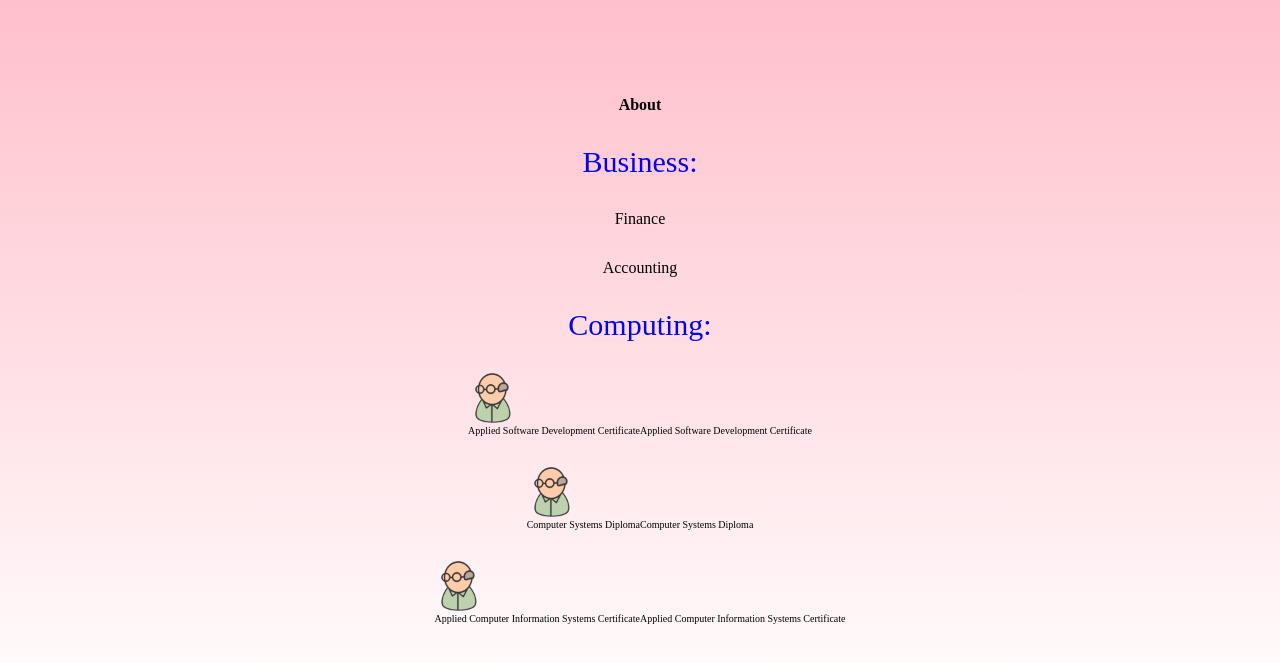
Repository: anoncoderin/madhu-assignment3
Page: /
An editor plug-in stored every save of this project. The page is shown before and after the next save, followed by the edit.
The browser window is 1280 px wide. The pictures show the whole page.
The project was rebuilt for these pictures with package versions that can differ from the ones it lists, and the page was loaded fresh each time. The framework's server and built-in components were replaced by stand-ins that run in the browser. Also part of the build but not shown: next.config.js.

Above is the page before, as saved 2023-01-21 11:08:39.

### pages/index.js
import Head from 'next/head'
import Image from 'next/image'
import { Inter } from '@next/font/google'
import styles from '@/styles/Home.module.css'
import { useState } from 'react'
import data from '../data/education.json'
import Link from 'next/link'
import Card from '../components/Card'

export default function Home() {
  console.log(data);
  const [information, setInformation] = useState([...data])
  return (
    <>
      <Head>

      </Head>
      <main className={styles.main}>

        <p>
          <Link href="about"><b>About</b></Link>
        </p>

      <div className={styles.heading}>Business:</div>
      {
        information && information.map((info, index)=>{
          if(info.department === "Business"){
            return(
              <div key={index}> {info.degree}</div>
            )
          }
        })
      }
      <div className={styles.heading}>Computing:</div>
      {
        information && information.map((info, index)=>{
          if(info.department === "Computing"){
            return(
              <Card key={index} degree={info.degree}></Card>
            )
          }
        })
      }

      </main>
    </>
  )
}

### styles/globals.css
:root {
  --max-width: 1100px;
  --border-radius: 12px;
  --font-mono: ui-monospace, Menlo, Monaco, 'Cascadia Mono', 'Segoe UI Mono',
    'Roboto Mono', 'Oxygen Mono', 'Ubuntu Monospace', 'Source Code Pro',
    'Fira Mono', 'Droid Sans Mono', 'Courier New', monospace;

  --foreground-rgb: 0, 0, 0;
  --background-start-rgb: 255, 192, 203;
  --background-end-rgb: 255, 255, 255;

  --primary-glow: conic-gradient(
    from 180deg at 50% 50%,
    hsla(78, 61%, 87%, 0.2) 0deg,
    #0885ff33 55deg,
    #54d6ff33 120deg,
    #0071ff33 160deg,
    transparent 360deg
  );
  --secondary-glow: radial-gradient(
    rgba(255, 255, 255, 1),
    rgba(255, 255, 255, 0)
  );

  --tile-start-rgb: 239, 245, 249;
  --tile-end-rgb: 228, 232, 233;
  --tile-border: conic-gradient(
    #00000080,
    #00000040,
    #00000030,
    #00000020,
    #00000010,
    #00000010,
    #00000080
  );

  --callout-rgb: 238, 240, 241;
  --callout-border-rgb: 172, 175, 176;
  --card-rgb: 180, 185, 188;
  --card-border-rgb: 131, 134, 135;
}

@media (prefers-color-scheme: dark) {
  :root {
    --foreground-rgb: 255, 255, 255;
    --background-start-rgb: 0, 0, 0;
    --background-end-rgb: 0, 0, 0;

    --primary-glow: radial-gradient(rgba(1, 65, 255, 0.4), rgba(1, 65, 255, 0));
    --secondary-glow: linear-gradient(
      to bottom right,
      rgba(1, 65, 255, 0),
      rgba(1, 65, 255, 0),
      rgba(1, 65, 255, 0.3)
    );

    --tile-start-rgb: 2, 13, 46;
    --tile-end-rgb: 2, 5, 19;
    --tile-border: conic-gradient(
      #ffffff80,
      #ffffff40,
      #ffffff30,
      #ffffff20,
      #ffffff10,
      #ffffff10,
      #ffffff80
    );

    --callout-rgb: 20, 20, 20;
    --callout-border-rgb: 108, 108, 108;
    --card-rgb: 100, 100, 100;
    --card-border-rgb: 200, 200, 200;
  }
}

* {
  box-sizing: border-box;
  padding: 0;
  margin: 0;
}

html,
body {
  max-width: 100vw;
  overflow-x: hidden;
}

body {
  color: rgb(var(--foreground-rgb));
  background: linear-gradient(
      to bottom,
      transparent,
      rgb(var(--background-end-rgb))
    )
    rgb(var(--background-start-rgb));
}

a {
  color: inherit;
  text-decoration: none;
}

@media (prefers-color-scheme: dark) {
  html {
    color-scheme: dark;
  }
}

### styles/Home.module.css
.main {
  display: flex;
  flex-direction: column;
  justify-content: space-between;
  align-items: center;
  padding: 6rem;
  min-height: 100vh;
}

.heading{
  color: blue;
  font-size: 30px;
}

.degree{
  display: flex;
  flex-direction: column;

  gap: 5px;
}

.description {
  display: inherit;
  justify-content: inherit;
  align-items: inherit;
  font-size: 0.85rem;
  max-width: var(--max-width);
  width: 100%;
  z-index: 2;
  font-family: var(--font-mono);
}

.description a {
  display: flex;
  justify-content: center;
  align-items: center;
  gap: 0.5rem;
}

.description p {
  position: relative;
  margin: 0;
  padding: 1rem;
  background-color: rgba(var(--callout-rgb), 0.5);
  border: 1px solid rgba(var(--callout-border-rgb), 0.3);
  border-radius: var(--border-radius);
}

.code {
  font-weight: 700;
  font-family: var(--font-mono);
}

.grid {
  display: grid;
  grid-template-columns: repeat(4, minmax(25%, auto));
  width: var(--max-width);
  max-width: 100%;
}

.card {
  padding: 1rem 1.2rem;
  border-radius: var(--border-radius);
  background: rgba(var(--card-rgb), 0);
  border: 1px solid rgba(var(--card-border-rgb), 0);
  transition: background 200ms, border 200ms;
}

.card span {
  display: inline-block;
  transition: transform 200ms;
}

.card h2 {
  font-weight: 600;
  margin-bottom: 0.7rem;
}

.card p {
  margin: 0;
  opacity: 0.6;
  font-size: 0.9rem;
  line-height: 1.5;
  max-width: 30ch;
}

.center {
  display: flex;
  justify-content: center;
  align-items: center;
  position: relative;
  padding: 4rem 0;
}

.center::before {
  background: var(--secondary-glow);
  border-radius: 50%;
  width: 480px;
  height: 360px;
  margin-left: -400px;
}

.center::after {
  background: var(--primary-glow);
  width: 240px;
  height: 180px;
  z-index: -1;
}

.center::before,
.center::after {
  content: '';
  left: 50%;
  position: absolute;
  filter: blur(45px);
  transform: translateZ(0);
}

.logo,
.thirteen {
  position: relative;
}

.thirteen {
  display: flex;
  justify-content: center;
  align-items: center;
  width: 75px;
  height: 75px;
  padding: 25px 10px;
  margin-left: 16px;
  transform: translateZ(0);
  border-radius: var(--border-radius);
  overflow: hidden;
  box-shadow: 0px 2px 8px -1px #0000001a;
}

.thirteen::before,
.thirteen::after {
  content: '';
  position: absolute;
  z-index: -1;
}

/* Conic Gradient Animation */
.thirteen::before {
  animation: 6s rotate linear infinite;
  width: 200%;
  height: 200%;
  background: var(--tile-border);
}

/* Inner Square */
.thirteen::after {
  inset: 0;
  padding: 1px;
  border-radius: var(--border-radius);
  background: linear-gradient(
    to bottom right,
    rgba(var(--tile-start-rgb), 1),
    rgba(var(--tile-end-rgb), 1)
  );
  background-clip: content-box;
}

/* Enable hover only on non-touch devices */
@media (hover: hover) and (pointer: fine) {
  .card:hover {
    background: rgba(var(--card-rgb), 0.1);
    border: 1px solid rgba(var(--card-border-rgb), 0.15);
  }

  .card:hover span {
    transform: translateX(4px);
  }
}

@media (prefers-reduced-motion) {
  .thirteen::before {
    animation: none;
  }

  .card:hover span {
    transform: none;
  }
}

/* Mobile */
@media (max-width: 700px) {
  .content {
    padding: 4rem;
  }

  .grid {
    grid-template-columns: 1fr;
    margin-bottom: 120px;
    max-width: 320px;
    text-align: center;
  }

  .card {
    padding: 1rem 2.5rem;
  }

  .card h2 {
    margin-bottom: 0.5rem;
  }

  .center {
    padding: 8rem 0 6rem;
  }

  .center::before {
    transform: none;
    height: 300px;
  }

  .description {
    font-size: 0.8rem;
  }

  .description a {
    padding: 1rem;
  }

  .description p,
  .description div {
    display: flex;
    justify-content: center;
    position: fixed;
    width: 100%;
  }

  .description p {
    align-items: center;
    inset: 0 0 auto;
    padding: 2rem 1rem 1.4rem;
    border-radius: 0;
    border: none;
    border-bottom: 1px solid rgba(var(--callout-border-rgb), 0.25);
    background: linear-gradient(
      to bottom,
      rgba(var(--background-start-rgb), 1),
      rgba(var(--callout-rgb), 0.5)
    );
    background-clip: padding-box;
    backdrop-filter: blur(24px);
  }

  .description div {
    align-items: flex-end;
    pointer-events: none;
    inset: auto 0 0;
    padding: 2rem;
    height: 200px;
    background: linear-gradient(
      to bottom,
      transparent 0%,
      rgb(var(--background-end-rgb)) 40%
    );
    z-index: 1;
  }
}

/* Tablet and Smaller Desktop */
@media (min-width: 701px) and (max-width: 1120px) {
  .grid {
    grid-template-columns: repeat(2, 50%);
  }
}

@media (prefers-color-scheme: dark) {
  .vercelLogo {
    filter: invert(1);
  }

  .logo,
  .thirteen img {
    filter: invert(1) drop-shadow(0 0 0.3rem #ffffff70);
  }
}

@keyframes rotate {
  from {
    transform: rotate(360deg);
  }
  to {
    transform: rotate(0deg);
  }
}

### data/education.json
[
        {
            "studentNumber": "A0004567",
            "firstName": "Person 1",
            "gpa": 3.8,
            "department": "Business",
            "degree": "Finance",
            "graduted": 2014
        },
        {
            "studentNumber": "A0001234",
            "firstName": "Person 2",
            "gpa": 3.5,
            "department": "Business",
            "degree": "Accounting",
            "graduted": 2010
        },
        {
            "studentNumber": "A0007890",
            "firstName": "Person 3",
            "gpa": 3.2,
            "department": "Computing",
            "degree": "Applied Software Development Certificate",
            "graduted": 2018
        },
        {
            "studentNumber": "A0007828",
            "firstName": "Person 4",
            "gpa": 3.9,
            "department": "Computing",
            "degree": "Computer Systems Diploma",
            "graduted": 2021
        },
        {
            "studentNumber": "A0003425",
            "firstName": "Person 5",
            "gpa": 3.2,
            "department": "Computing",
            "degree": "Applied Computer Information Systems Certificate",
            "graduted": 2021
        }

]

### components/Card/index.js
export default function Card(
    {
        degree="none",
        color="purple",
        font=10,
        image='icon/personTwo.png'
    }
){
    return(
        <div  style={{backgroundcolor:color, fontSize:font }}>
           <img src={'icon/personThree.png'} width="50px"></img>
           <p> {degree}
            {degree}</p>
        </div>
    )
}

Loaded but not shown: pages/_app.js (common file); pages/_document.js (common file)

After the next save:
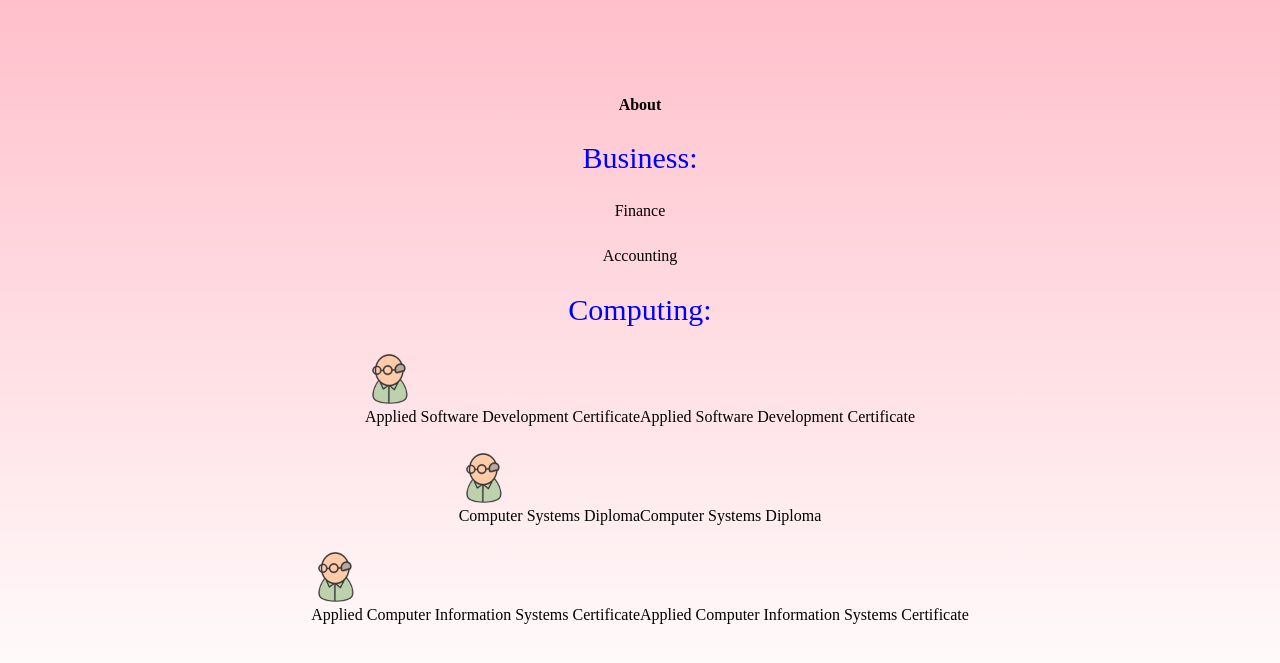
Saved 51 s later.
--- a/components/Card/index.js
+++ b/components/Card/index.js
@@ -7,7 +7,7 @@
     }
 ){
     return(
-        <div  style={{backgroundcolor:color, fontSize:font }}>
+        <div  classstyle={{backgroundcolor:color, fontSize:font }}>
            <img src={'icon/personThree.png'} width="50px"></img>
            <p> {degree}
             {degree}</p>
